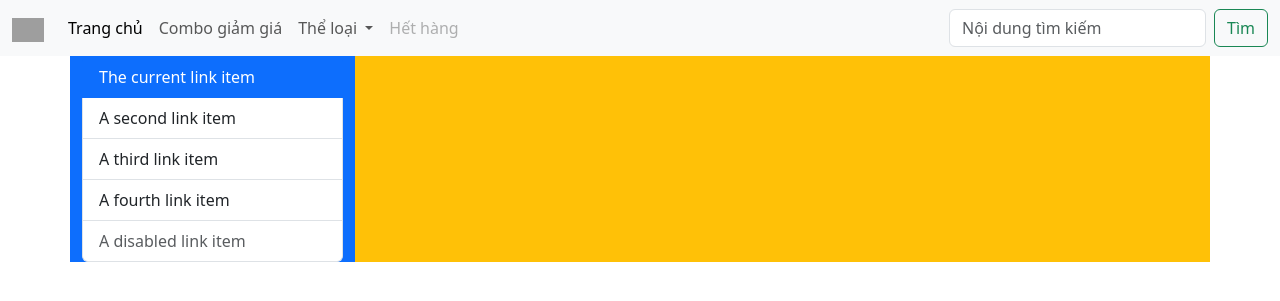
Repository: PhiKhongHoang/JSP-Servlet
Page: bai4_bootstrap/src/main/webapp/index.html
These files come from the project's save history. The page is drawn as it stood at one moment and after the next save; the edit follows.
The browser window is 1280 px wide. The pictures show the whole page.
Pictures or frames that could not be fetched are drawn as grey boxes.

Above is the page before, as saved 2024-02-16 13:49:27.

After the next save:
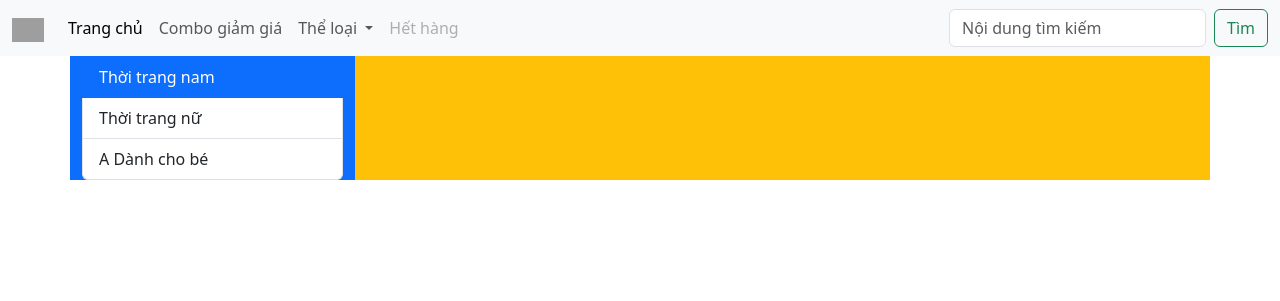
Saved 74 s later.
--- a/bai4_bootstrap/src/main/webapp/index.html
+++ b/bai4_bootstrap/src/main/webapp/index.html
@@ -65,13 +65,10 @@
 			<div class="col-lg-3 bg-primary"">
 				<div class="list-group">
 					<a href="#" class="list-group-item list-group-item-action active"
-						aria-current="true"> The current link item </a> <a href="#"
-						class="list-group-item list-group-item-action">A second link
-						item</a> <a href="#" class="list-group-item list-group-item-action">A
-						third link item</a> <a href="#"
-						class="list-group-item list-group-item-action">A fourth link
-						item</a> <a class="list-group-item list-group-item-action disabled"
-						aria-disabled="true">A disabled link item</a>
+						aria-current="true"> Thời trang nam </a> <a href="#"
+						class="list-group-item list-group-item-action">Thời trang nữ</a> <a
+						href="#" class="list-group-item list-group-item-action">A Dành
+						cho bé</a>
 				</div>
 			</div>
 			<div class="col-lg-9 bg-warning"></div>
